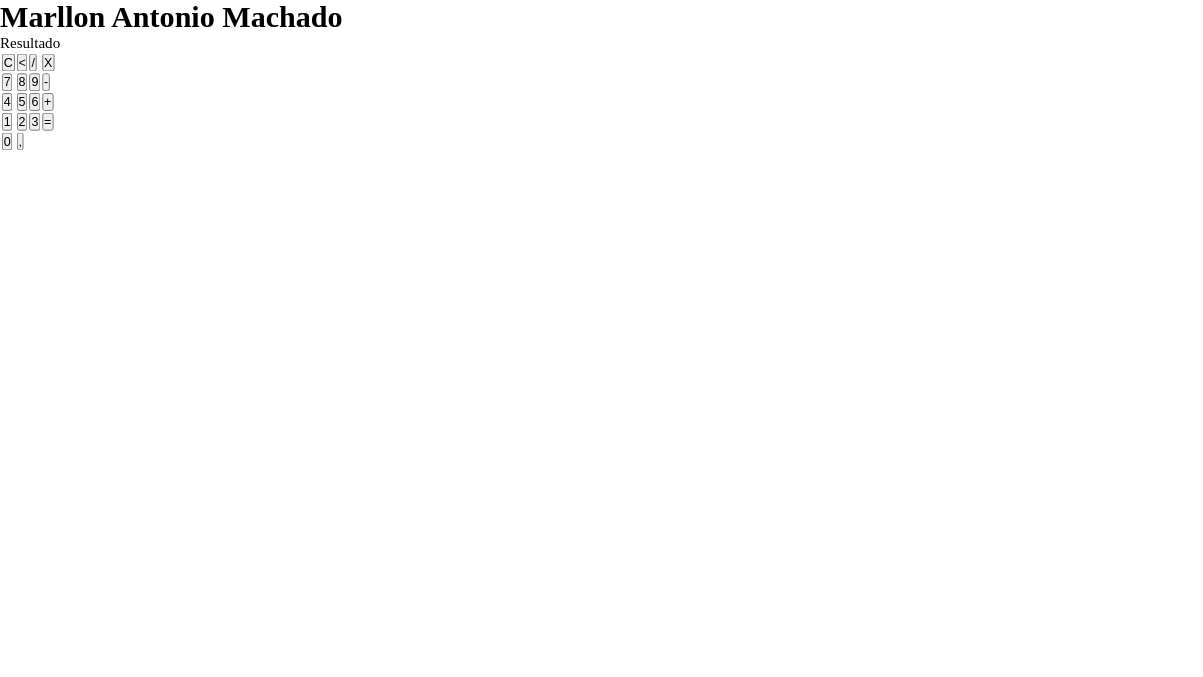
Repository: marllon-hetzler/calculadora.js
Page: interface.html
These files come from the project's save history. The page is drawn as it stood at one moment and after the next save; the edit follows.
The browser window is 1280 px wide. The pictures show the whole page, at 94% of full size.

Above is the page before, as saved 2022-11-04 19:06:33.

After the next save:
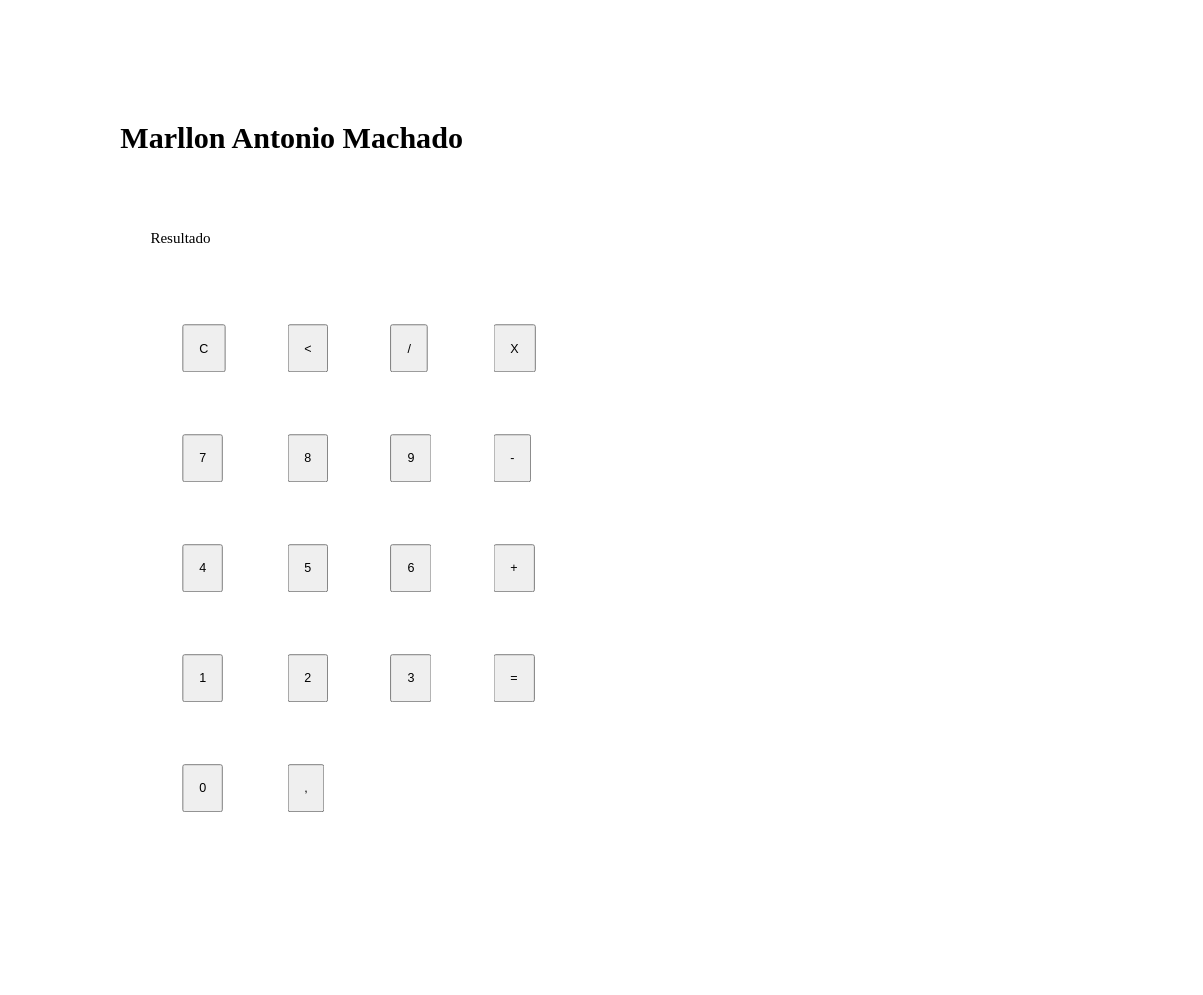
Saved 102 s later.
--- a/interface.html
+++ b/interface.html
@@ -9,8 +9,11 @@
 <body>
     <style>
         *{
-            margin: 0;
-            padding: 0;
+            margin: 1rem;
+            padding: 1rem;
+        }
+        .fundo{
+            background-image:linear-gradient(45deg,black), red
         }
     </style>
     <div class="fundo">
